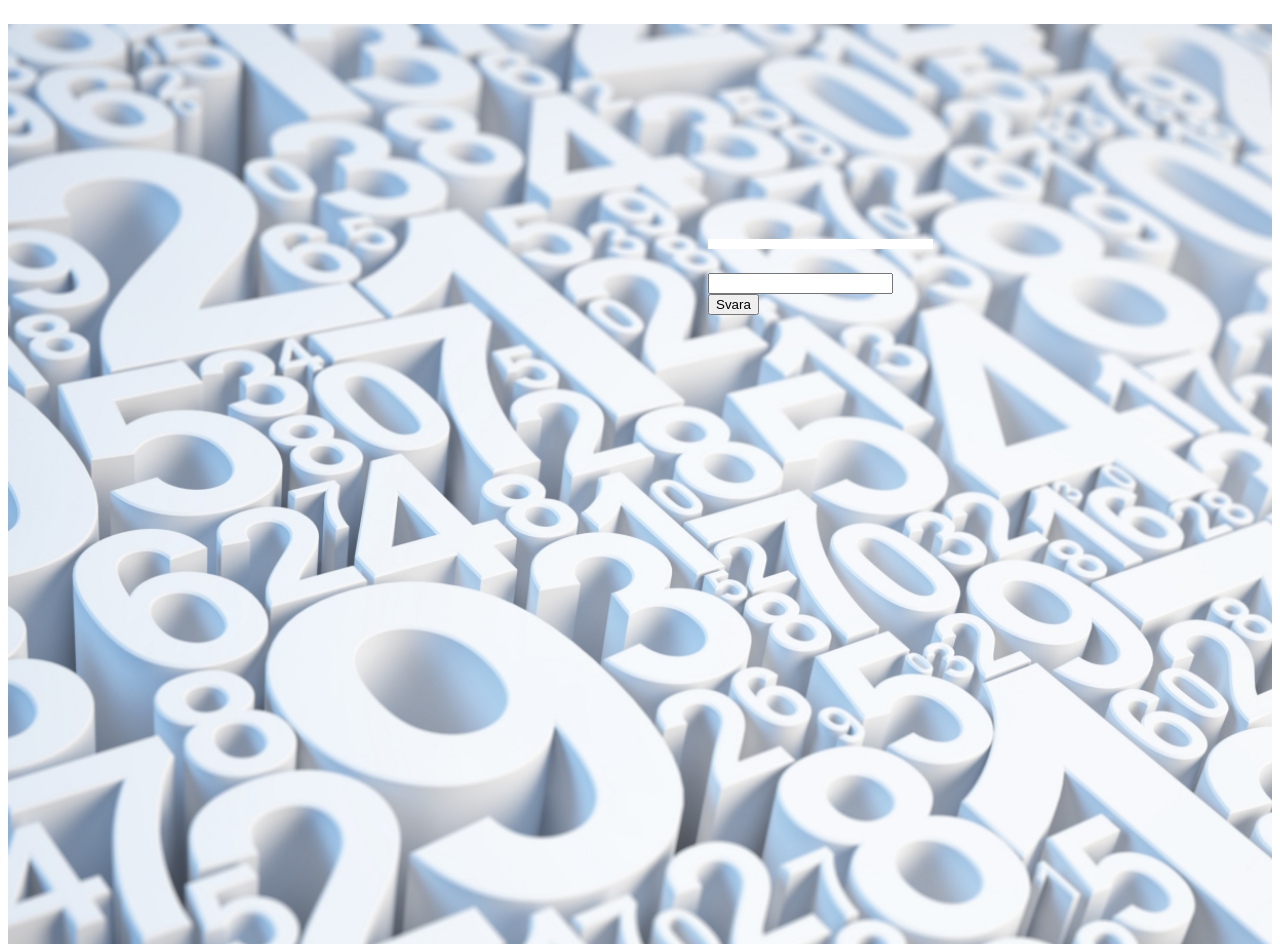
Repository: lw222gz/1dv403-laborationer-lw222gz
Page: 4-thequiz/index.html
The author's editor kept a record of every edit. The page is drawn from the files as they stood at one moment, then again after the next edit.
The browser window is 1280 px wide. The pictures show the whole page.
The page's requests for data from a server got no answer.

Above is the page before.

### 4-thequiz/index.html
<!DOCTYPE html>
<html lang="sv">
    <head>
        <title>The quiz</title>
        <meta charset="utf-8" />
        <link rel="stylesheet" href="style.css" />
        <link href='http://fonts.googleapis.com/css?family=Indie+Flower' rel='stylesheet' type='text/css'>
    </head>
<body>
    <div id="container">
        <div id="board">
            <p id="question"></p>
            <input type="text" id="svar"/>
            <input id="button" type="submit" value="Svara"/>
            <p id="questionStatus"></p>
        </div>
    </div>
    <script src="quiz.js"></script>
</body>
</html>

### 4-thequiz/style.css
#container{
    margin-top:0;
    width:100%;
    height:920px;
    background-image:url(numbers.jpg);
    background-size:1650px;
    background-repeat:no-repeat;
}
#board{
    position:relative;
    left:700px;
    top:215px;
    width:235px;
    height:65px;
}
#question{
    font-family: 'Architects Daughter', cursive;
    font-size:24px;
    width:215px;
    height:auto;
    padding:5px;
    background-color:white;
}

### 4-thequiz/quiz.js
"use strict";

var quiz = {
    init:function(){
        quiz.renderQuestion("http://vhost3.lnu.se:20080/question/1")
    },

    renderQuestion: function(url){

        var serverQuestion = document.getElementById("question");
        var XHR = new XMLHttpRequest();
        var input = document.getElementById("svar");
        input.value = "";

        XHR.onreadystatechange = function(){
            if (XHR.readyState === 4 && XHR.status === 200)
            {
                var serverObj = JSON.parse(XHR.responseText);
                serverQuestion.innerHTML = serverObj.question;

                document.getElementById("button").addEventListener("click", function(e){
                    if (input.value !== "")
                    {
                        quiz.answerQuestion(input.value, serverObj.nextURL)
                    }
                    else
                    {
                        e.preventDefault();
                    }
                })
                document.getElementById("svar").addEventListener("keydown", function(e) {
                    if (e.keyCode === 13)
                    {
                        if (input.value !== "")
                        {
                            quiz.answerQuestion(input.value, serverObj.nextURL)
                        }
                        else
                        {
                            e.preventDefault();
                        }
                    }
                })
            }
        }
        XHR.open("GET",url , true)
        XHR.send(null)

    },

    answerQuestion: function(answer, url){
        var xhr1 = new XMLHttpRequest();
        var i;
        xhr1.onreadystatechange = function(){
             if (xhr1.readyState === 4)
             {
                var response = JSON.parse(xhr1.responseText);
                if (response.message === "Correct answer!")
                {

                    if (response.nextURL !== undefined)
                    {
                        tryArr.push(quiz.Tries)
                        quiz.renderQuestion(response.nextURL)
                        document.getElementById("questionStatus").innerHTML = "Rätt svar!"
                        console.log(quiz.tryArray)
                    }
                    else
                    {

                        document.getElementById("questionStatus").innerHTML = "Du klara dig! Resultat:"
                        document.getElementById("button").disabled = true;
                        document.getElementById("svar").value = "";
                        document.getElementById("svar").disabled = true;
                        for (i = 1; i < quiz.tryArray.length + 1; i +=1)
                        {
                            var pTag = document.createElement("p")
                            pTag.innerHTML = "Fråga "+i+": "+tryArr[i-1]+" försök"
                            document.getElementById("questionStatus").appendChild(pTag);
                        }
                    }
                }
                else
                {
                    Tries += 1;
                    document.getElementById("svar").value = "";
                    console.log(quiz.tryArray)
                    document.getElementById("questionStatus").innerHTML = "Fel svar!"
                }
            }
        }
        var sendAnswer = JSON.stringify({answer: answer})
        xhr1.open("POST",url , true)
        xhr1.setRequestHeader("Content-type", "application/json")
        xhr1.send(sendAnswer)
    },
}
window.onload = quiz.init;

After the next edit:
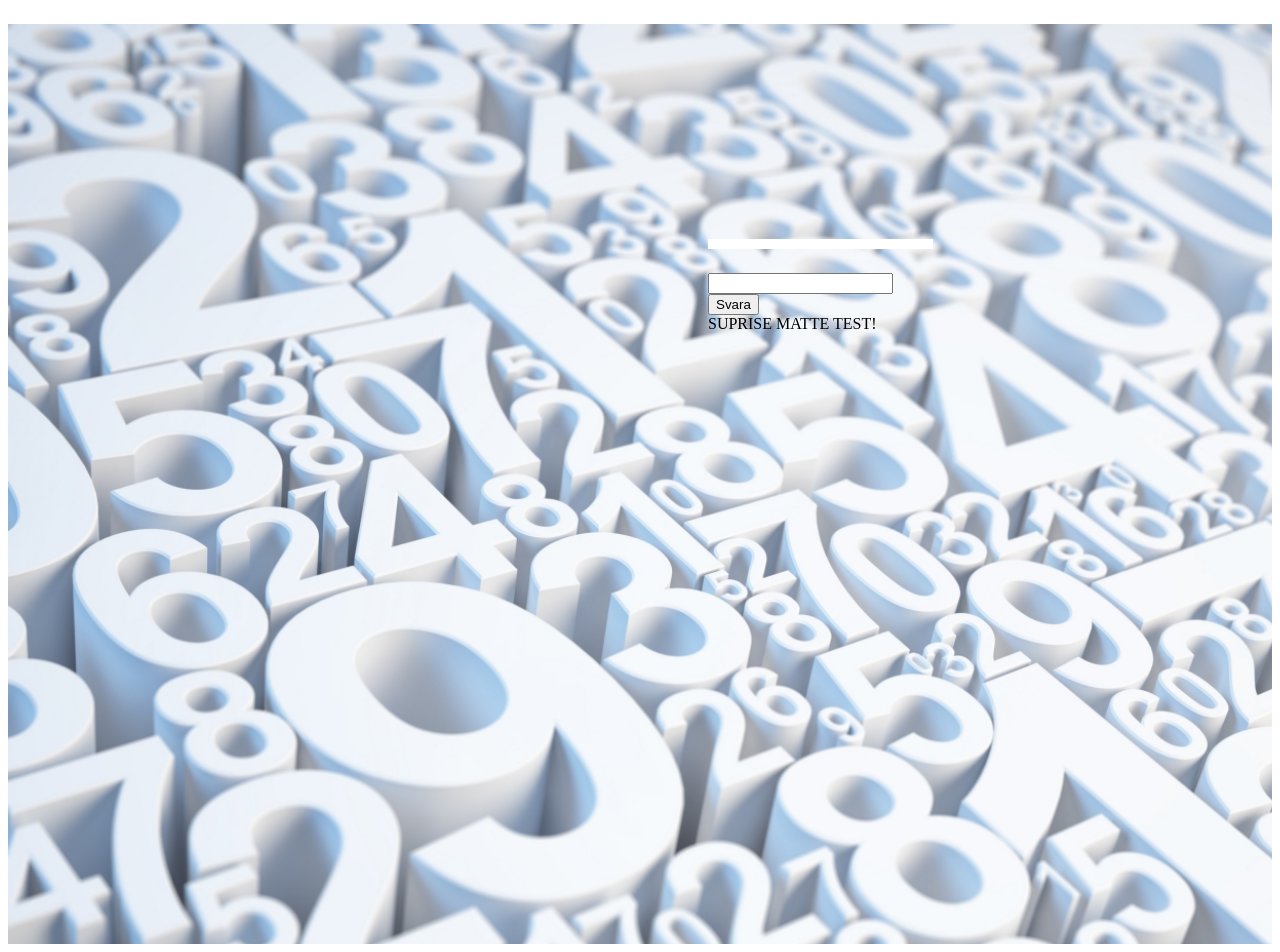
The edit:
--- a/4-thequiz/index.html
+++ b/4-thequiz/index.html
@@ -12,7 +12,7 @@
             <p id="question"></p>
             <input type="text" id="svar"/>
             <input id="button" type="submit" value="Svara"/>
-            <p id="questionStatus"></p>
+            <div id="questionStatus">SUPRISE MATTE TEST!</div>
         </div>
     </div>
     <script src="quiz.js"></script>
